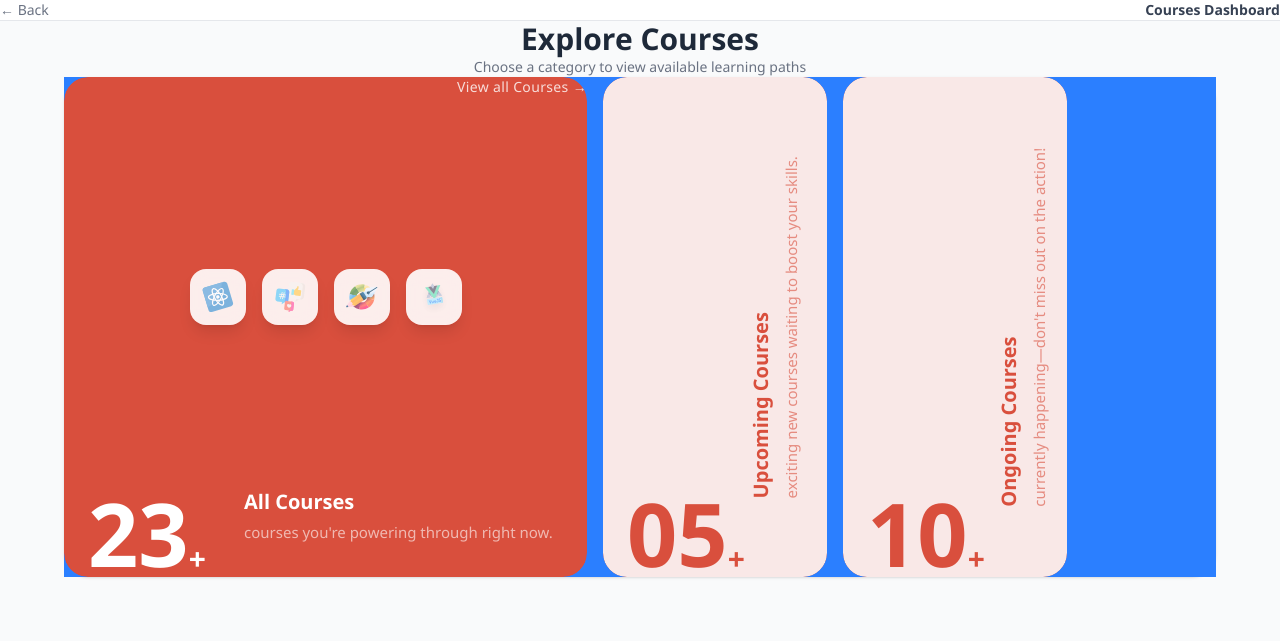
Repository: RahulRajKhadka/nextjs-dashboard-app
Page: /task2
An editor plug-in stored every save of this project. The page is shown before and after the next save, followed by the edit.
The browser window is 1280 px wide. The pictures show the whole page.
The project was rebuilt for these pictures with package versions that can differ from the ones it lists, and the page was loaded fresh each time. The framework's server and built-in components were replaced by stand-ins that run in the browser. Also part of the build but not shown: next.config.ts.

Above is the page before, as saved 2026-04-10 14:44:32.

After the next save:
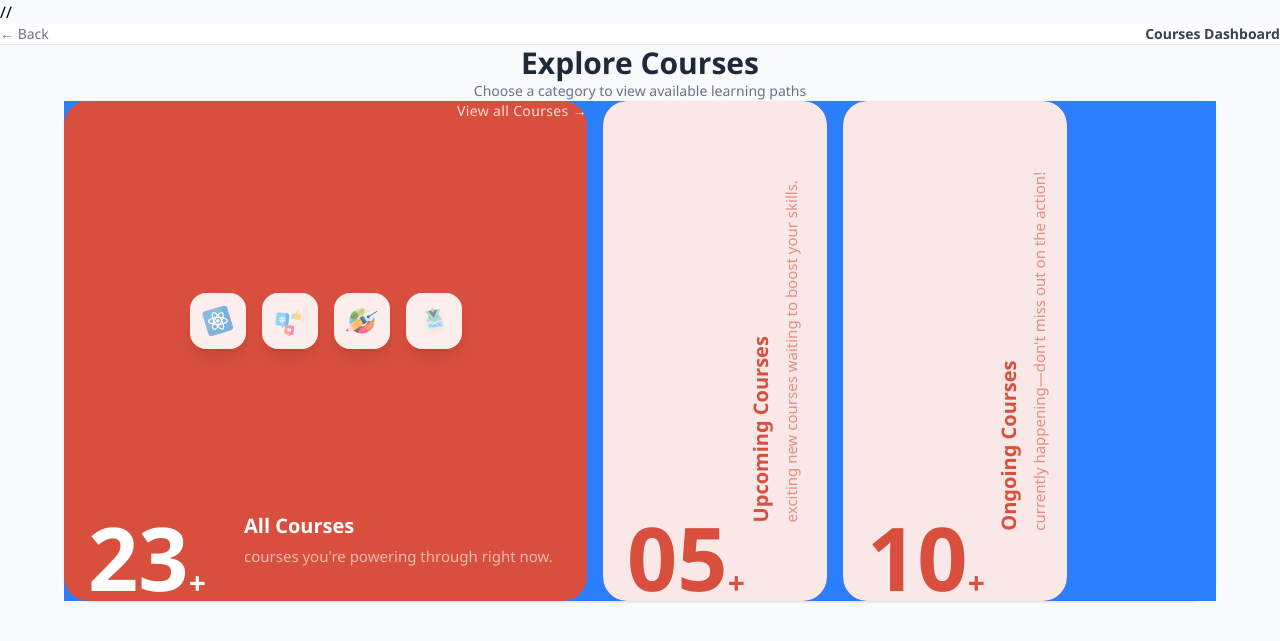
Saved 2 min 5 s later.
--- a/src/app/task2/page.tsx
+++ b/src/app/task2/page.tsx
@@ -13,7 +13,7 @@ const CourseCards = dynamic(() => import("@/components/task2/CourseCards"), {
 
 export default function Task2Page() {
   return (
-    <main className="min-h-screen bg-gray-50 ">
+    <main className="min-h-screen bg-gray-50 "> //
 
       {/* Top Bar */}
       <div className="flex items-center justify-between px-6 md:px-10 py-4 border-b border-gray-200 bg-white">
